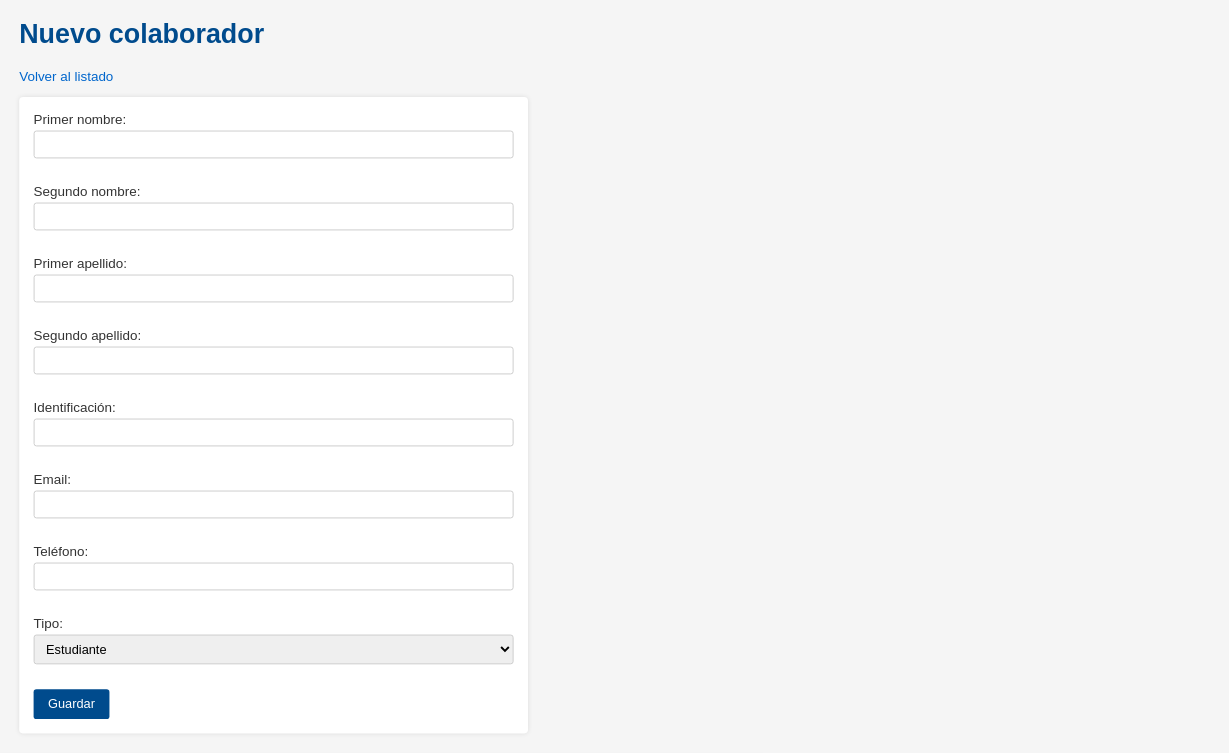
Repository: eleazarrrg/Proyecto-Mesa-Ayuda
Page: http://localhost/mesa-ayuda/colaborador_form.php
An editor plug-in stored every save of this project. The page is shown before and after the next save, followed by the edit.
The browser window is 1280 px wide. The pictures show the whole page, at 96% of full size.
The page is run by PHP 8.4 with error messages shown; the project is at /var/www/html/. The session is filled in as if someone had signed in: {"user_id": 1, "user_name": "Test User", "role_id": 1}. Other server files are loaded and not shown.

Above is the page before, as saved 2025-11-30 20:33:32.

### public/colaborador_form.php
<?php
session_start();
require_once __DIR__ . '/../app/core/Validator.php';
require_once __DIR__ . '/../app/models/Colaborador.php';

if (!isset($_SESSION['user_id'])) {
    header('Location: index.php');
    exit;
}

$model = new Colaborador();

$id = isset($_GET['id']) ? (int)$_GET['id'] : 0;
$editando = $id > 0;

$errores = [];
$mensaje_exito = '';
$colaborador = [
    'primer_nombre'   => '',
    'segundo_nombre'  => '',
    'primer_apellido' => '',
    'segundo_apellido'=> '',
    'identificacion'  => '',
    'email'           => '',
    'telefono'        => '',
    'tipo'            => 'ESTUDIANTE',
    'sexo'             => '',
    'fecha_nacimiento' => '',
    'foto_perfil'      => '',
];

if ($editando) {
    $colaboradorBD = $model->obtenerPorId($id);
    if ($colaboradorBD) {
        $colaborador = $colaboradorBD;
    } else {
        die("Colaborador no encontrado");
    }
}

if ($_SERVER['REQUEST_METHOD'] === 'POST') {
    $colaborador['primer_nombre']   = Validator::sanitizeString($_POST['primer_nombre'] ?? '');
    $colaborador['segundo_nombre']  = Validator::sanitizeString($_POST['segundo_nombre'] ?? '');
    $colaborador['primer_apellido'] = Validator::sanitizeString($_POST['primer_apellido'] ?? '');
    $colaborador['segundo_apellido']= Validator::sanitizeString($_POST['segundo_apellido'] ?? '');
    $colaborador['identificacion']  = Validator::sanitizeString($_POST['identificacion'] ?? '');
    $colaborador['email']           = Validator::sanitizeEmail($_POST['email'] ?? '');
    $colaborador['telefono']        = Validator::sanitizeString($_POST['telefono'] ?? '');
    $colaborador['tipo']            = $_POST['tipo'] ?? 'ESTUDIANTE';

    if (!Validator::required($colaborador['primer_nombre'])) {
        $errores[] = "El primer nombre es obligatorio.";
    }
    if (!Validator::required($colaborador['primer_apellido'])) {
        $errores[] = "El primer apellido es obligatorio.";
    }
    if (!Validator::required($colaborador['identificacion'])) {
        $errores[] = "La identificación es obligatoria.";
    }
    if (!Validator::isEmail($colaborador['email'])) {
        $errores[] = "El email no es válido.";
    }

    if (empty($errores)) {
        if ($editando) {
            if ($model->actualizar($id, $colaborador)) {
                $mensaje_exito = "Colaborador actualizado correctamente.";
            } else {
                $errores[] = "Error al actualizar.";
            }
        } else {
            if ($model->crear($colaborador)) {
                $mensaje_exito = "Colaborador creado correctamente.";
                $colaborador = [
                    'primer_nombre'   => '',
                    'segundo_nombre'  => '',
                    'primer_apellido' => '',
                    'segundo_apellido'=> '',
                    'identificacion'  => '',
                    'email'           => '',
                    'telefono'        => '',
                    'tipo'            => 'ESTUDIANTE',
                ];
            } else {
                $errores[] = "Error al crear.";
            }
        }
    }
}
?>
<!DOCTYPE html>
<html lang="es">
<head>
    <meta charset="UTF-8">
    <title><?= $editando ? 'Editar' : 'Nuevo'; ?> colaborador</title>
    <link rel="stylesheet" href="../assets/css/style.css">
</head>
<body>
    <h1><?= $editando ? 'Editar' : 'Nuevo'; ?> colaborador</h1>

    <p><a href="colaboradores.php">Volver al listado</a></p>

    <?php if (!empty($errores)): ?>
        <ul style="color:red;">
            <?php foreach ($errores as $e): ?>
                <li><?= $e; ?></li>
            <?php endforeach; ?>
        </ul>
    <?php endif; ?>

    <?php if ($mensaje_exito): ?>
        <p style="color:green;"><?= $mensaje_exito; ?></p>
    <?php endif; ?>

    <form method="POST">
        <label>Primer nombre:</label><br>
        <input type="text" name="primer_nombre" value="<?= $colaborador['primer_nombre']; ?>"><br><br>

        <label>Segundo nombre:</label><br>
        <input type="text" name="segundo_nombre" value="<?= $colaborador['segundo_nombre']; ?>"><br><br>

        <label>Primer apellido:</label><br>
        <input type="text" name="primer_apellido" value="<?= $colaborador['primer_apellido']; ?>"><br><br>

        <label>Segundo apellido:</label><br>
        <input type="text" name="segundo_apellido" value="<?= $colaborador['segundo_apellido']; ?>"><br><br>

        <label>Identificación:</label><br>
        <input type="text" name="identificacion" value="<?= $colaborador['identificacion']; ?>"><br><br>

        <label>Email:</label><br>
        <input type="text" name="email" value="<?= $colaborador['email']; ?>"><br><br>

        <label>Teléfono:</label><br>
        <input type="text" name="telefono" value="<?= $colaborador['telefono']; ?>"><br><br>

        <label>Tipo:</label><br>
        <select name="tipo">
            <option value="ESTUDIANTE" <?= $colaborador['tipo'] == 'ESTUDIANTE' ? 'selected' : ''; ?>>
                Estudiante
            </option>
            <option value="COLABORADOR" <?= $colaborador['tipo'] == 'COLABORADOR' ? 'selected' : ''; ?>>
                Colaborador
            </option>
        </select>
        <br><br>

        <button type="submit">Guardar</button>
    </form>
</body>
</html>

### app/core/Validator.php
<?php
// app/core/Validator.php
class Validator {

    public static function sanitizeString($str) {
        return htmlspecialchars(trim($str), ENT_QUOTES, 'UTF-8');
    }

    public static function sanitizeEmail($email) {
        return filter_var(trim($email), FILTER_SANITIZE_EMAIL);
    }

    public static function isEmail($email) {
        return filter_var($email, FILTER_VALIDATE_EMAIL) !== false;
    }

    public static function required($value) {
        return isset($value) && trim($value) !== '';
    }

    public static function maxLength($value, $max) {
        return mb_strlen($value) <= $max;
    }

    // Puedes ir añadiendo métodos según lo necesites (fechas, enteros, etc.)
}

### app/models/Colaborador.php
<?php
// app/models/Colaborador.php
require_once __DIR__ . '/../core/Database.php';

class Colaborador
{
    private $db;

    public function __construct()
    {
        $this->db = Database::getInstance()->getConnection();
    }

    public function listarTodos($limite = 50, $offset = 0)
    {
        $sql = "SELECT * FROM colaboradores
                ORDER BY primer_nombre, primer_apellido
                LIMIT :limite OFFSET :offset";
        $stmt = $this->db->prepare($sql);
        $stmt->bindValue(':limite', (int)$limite, PDO::PARAM_INT);
        $stmt->bindValue(':offset', (int)$offset, PDO::PARAM_INT);
        $stmt->execute();
        return $stmt->fetchAll();
    }

    public function contarTodos()
    {
        $sql = "SELECT COUNT(*) AS total FROM colaboradores";
        $stmt = $this->db->query($sql);
        $row = $stmt->fetch();
        return (int)$row['total'];
    }

    public function obtenerPorId($id)
    {
        $sql = "SELECT * FROM colaboradores WHERE id = :id";
        $stmt = $this->db->prepare($sql);
        $stmt->execute([':id' => $id]);
        return $stmt->fetch();
    }

    public function crear(array $data): bool
    {
        $sql = "INSERT INTO colaboradores
                (primer_nombre, segundo_nombre, primer_apellido, segundo_apellido,
                sexo, fecha_nacimiento, identificacion, email, telefono, tipo, foto_perfil)
                VALUES
                (:primer_nombre, :segundo_nombre, :primer_apellido, :segundo_apellido,
                :sexo, :fecha_nacimiento, :identificacion, :email, :telefono, :tipo, :foto_perfil)";
        $stmt = $this->db->prepare($sql);
        return $stmt->execute([
            ':primer_nombre'    => $data['primer_nombre'],
            ':segundo_nombre'   => $data['segundo_nombre'],
            ':primer_apellido'  => $data['primer_apellido'],
            ':segundo_apellido' => $data['segundo_apellido'],
            ':sexo'             => $data['sexo'],
            ':fecha_nacimiento' => $data['fecha_nacimiento'],
            ':identificacion'   => $data['identificacion'],
            ':email'            => $data['email'],
            ':telefono'         => $data['telefono'],
            ':tipo'             => $data['tipo'],
            ':foto_perfil'      => $data['foto_perfil'],
        ]);
    }

    public function actualizar(int $id, array $data): bool
    {
        $sql = "UPDATE colaboradores
                SET primer_nombre    = :primer_nombre,
                    segundo_nombre   = :segundo_nombre,
                    primer_apellido  = :primer_apellido,
                    segundo_apellido = :segundo_apellido,
                    sexo             = :sexo,
                    fecha_nacimiento = :fecha_nacimiento,
                    identificacion   = :identificacion,
                    email            = :email,
                    telefono         = :telefono,
                    tipo             = :tipo,
                    foto_perfil      = :foto_perfil
                WHERE id = :id";
        $stmt = $this->db->prepare($sql);
        return $stmt->execute([
            ':primer_nombre'    => $data['primer_nombre'],
            ':segundo_nombre'   => $data['segundo_nombre'],
            ':primer_apellido'  => $data['primer_apellido'],
            ':segundo_apellido' => $data['segundo_apellido'],
            ':sexo'             => $data['sexo'],
            ':fecha_nacimiento' => $data['fecha_nacimiento'],
            ':identificacion'   => $data['identificacion'],
            ':email'            => $data['email'],
            ':telefono'         => $data['telefono'],
            ':tipo'             => $data['tipo'],
            ':foto_perfil'      => $data['foto_perfil'],
            ':id'               => $id,
        ]);
    }

    public function eliminar($id)
    {
        $sql = "DELETE FROM colaboradores WHERE id = :id";
        $stmt = $this->db->prepare($sql);
        return $stmt->execute([':id' => $id]);
    }
}

### app/core/Database.php
<?php
// app/core/Database.php
require_once __DIR__ . '/../config/config.php';

class Database {
    private $host;
    private $dbname;
    private $user;
    private $pass;
    private static $instance = null;
    private $pdo;

    private function __construct() {
        $this->host   = defined('DB_HOST') ? DB_HOST : 'localhost';
        $this->dbname = defined('DB_NAME') ? DB_NAME : 'mesa_ayuda';
        $this->user   = defined('DB_USER') ? DB_USER : 'root';
        $this->pass   = defined('DB_PASS') ? DB_PASS : '';

        $dsn = "mysql:host={$this->host};dbname={$this->dbname};charset=utf8mb4";

        try {
            $this->pdo = new PDO($dsn, $this->user, $this->pass, [
                PDO::ATTR_ERRMODE            => PDO::ERRMODE_EXCEPTION,
                PDO::ATTR_DEFAULT_FETCH_MODE => PDO::FETCH_ASSOC,
            ]);
        } catch (PDOException $e) {
            // Control de errores sencillo
            die("Error de conexión a BD: " . $e->getMessage());
        }
    }

    public static function getInstance() {
        if (self::$instance === null) {
            self::$instance = new Database();
        }
        return self::$instance;
    }

    public function getConnection() {
        return $this->pdo;
    }
}

### app/config/config.php
<?php
// app/config/config.php

// Nombre de la app (solo para títulos, etc.)
define('APP_NAME', 'Mesa de Ayuda UTP');

// URL base del proyecto (ajusta según tu carpeta en WAMP)
// Ejemplo si el proyecto está en: C:\wamp64\www\mesa-ayuda\public
// y lo abres como: http://localhost/mesa-ayuda/public
define('APP_URL', 'http://localhost/mesa-ayuda/public');

// Configuración de zona horaria
date_default_timezone_set('America/Panama');

// (Opcional) Datos de BD por si luego quieres usarlos en Database.php
define('DB_HOST', 'localhost');
define('DB_NAME', 'mesa_ayuda');
define('DB_USER', 'root');
define('DB_PASS', '');

### assets/css/style.css
/* assets/css/style.css */

body {
    font-family: Arial, Helvetica, sans-serif;
    font-size: 14px;
    margin: 20px;
    background-color: #f5f5f5;
    color: #333;
}

h1, h2, h3 {
    color: #004b8d; /* azulito UTP vibes */
}

a {
    color: #0066cc;
    text-decoration: none;
}

a:hover {
    text-decoration: underline;
}

form {
    background: #ffffff;
    padding: 15px;
    border-radius: 4px;
    box-shadow: 0 0 5px rgba(0,0,0,0.1);
    max-width: 500px;
}

input[type="text"],
input[type="password"],
select,
textarea {
    width: 100%;
    padding: 6px 8px;
    margin-top: 4px;
    margin-bottom: 10px;
    border: 1px solid #ccc;
    border-radius: 3px;
    box-sizing: border-box;
}

button,
input[type="submit"] {
    background-color: #004b8d;
    color: #fff;
    padding: 8px 15px;
    border: none;
    border-radius: 3px;
    cursor: pointer;
}

button:hover,
input[type="submit"]:hover {
    background-color: #003766;
}

table {
    border-collapse: collapse;
    background: #ffffff;
    width: 100%;
    max-width: 900px;
}

table th,
table td {
    border: 1px solid #ddd;
    padding: 6px 8px;
    text-align: left;
}

table th {
    background-color: #e9f0f8;
}

hr {
    margin: 20px 0;
}

After the next save:
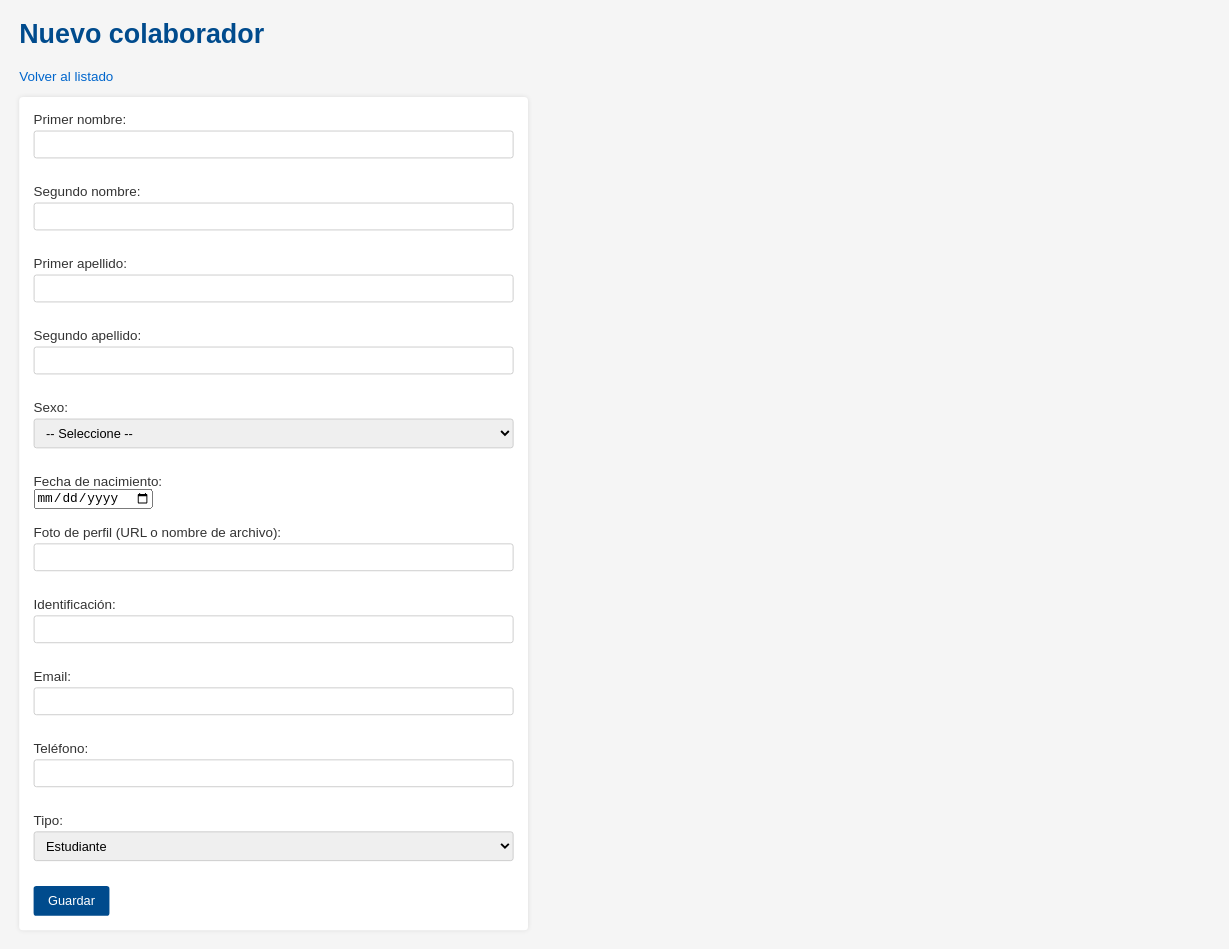
Saved 2 min 35 s later.
--- a/public/colaborador_form.php
+++ b/public/colaborador_form.php
@@ -20,13 +20,13 @@ $colaborador = [
     'segundo_nombre'  => '',
     'primer_apellido' => '',
     'segundo_apellido'=> '',
+    'sexo'             => '',
+    'fecha_nacimiento' => '',
+    'foto_perfil'      => '',
     'identificacion'  => '',
     'email'           => '',
     'telefono'        => '',
     'tipo'            => 'ESTUDIANTE',
-    'sexo'             => '',
-    'fecha_nacimiento' => '',
-    'foto_perfil'      => '',
 ];
 
 if ($editando) {
@@ -43,10 +43,14 @@ if ($_SERVER['REQUEST_METHOD'] === 'POST') {
     $colaborador['segundo_nombre']  = Validator::sanitizeString($_POST['segundo_nombre'] ?? '');
     $colaborador['primer_apellido'] = Validator::sanitizeString($_POST['primer_apellido'] ?? '');
     $colaborador['segundo_apellido']= Validator::sanitizeString($_POST['segundo_apellido'] ?? '');
+    $colaborador['sexo']             = Validator::sanitizeString($_POST['sexo'] ?? '');
+    $colaborador['fecha_nacimiento'] = $_POST['fecha_nacimiento'] ?? '';
+    $colaborador['foto_perfil']      = Validator::sanitizeString($_POST['foto_perfil'] ?? '');
     $colaborador['identificacion']  = Validator::sanitizeString($_POST['identificacion'] ?? '');
     $colaborador['email']           = Validator::sanitizeEmail($_POST['email'] ?? '');
     $colaborador['telefono']        = Validator::sanitizeString($_POST['telefono'] ?? '');
     $colaborador['tipo']            = $_POST['tipo'] ?? 'ESTUDIANTE';
+
 
     if (!Validator::required($colaborador['primer_nombre'])) {
         $errores[] = "El primer nombre es obligatorio.";
@@ -125,6 +129,23 @@ if ($_SERVER['REQUEST_METHOD'] === 'POST') {
         <label>Segundo apellido:</label><br>
         <input type="text" name="segundo_apellido" value="<?= $colaborador['segundo_apellido']; ?>"><br><br>
 
+        <label>Sexo:</label><br>
+        <select name="sexo">
+            <option value="">-- Seleccione --</option>
+            <option value="M" <?= $colaborador['sexo'] == 'M' ? 'selected' : ''; ?>>Masculino</option>
+            <option value="F" <?= $colaborador['sexo'] == 'F' ? 'selected' : ''; ?>>Femenino</option>
+            <option value="O" <?= $colaborador['sexo'] == 'O' ? 'selected' : ''; ?>>Otro</option>
+        </select>
+        <br><br>
+
+        <label>Fecha de nacimiento:</label><br>
+        <input type="date" name="fecha_nacimiento" value="<?= htmlspecialchars($colaborador['fecha_nacimiento']); ?>">
+        <br><br>
+
+        <label>Foto de perfil (URL o nombre de archivo):</label><br>
+        <input type="text" name="foto_perfil" value="<?= htmlspecialchars($colaborador['foto_perfil']); ?>">
+        <br><br>
+
         <label>Identificación:</label><br>
         <input type="text" name="identificacion" value="<?= $colaborador['identificacion']; ?>"><br><br>
 
